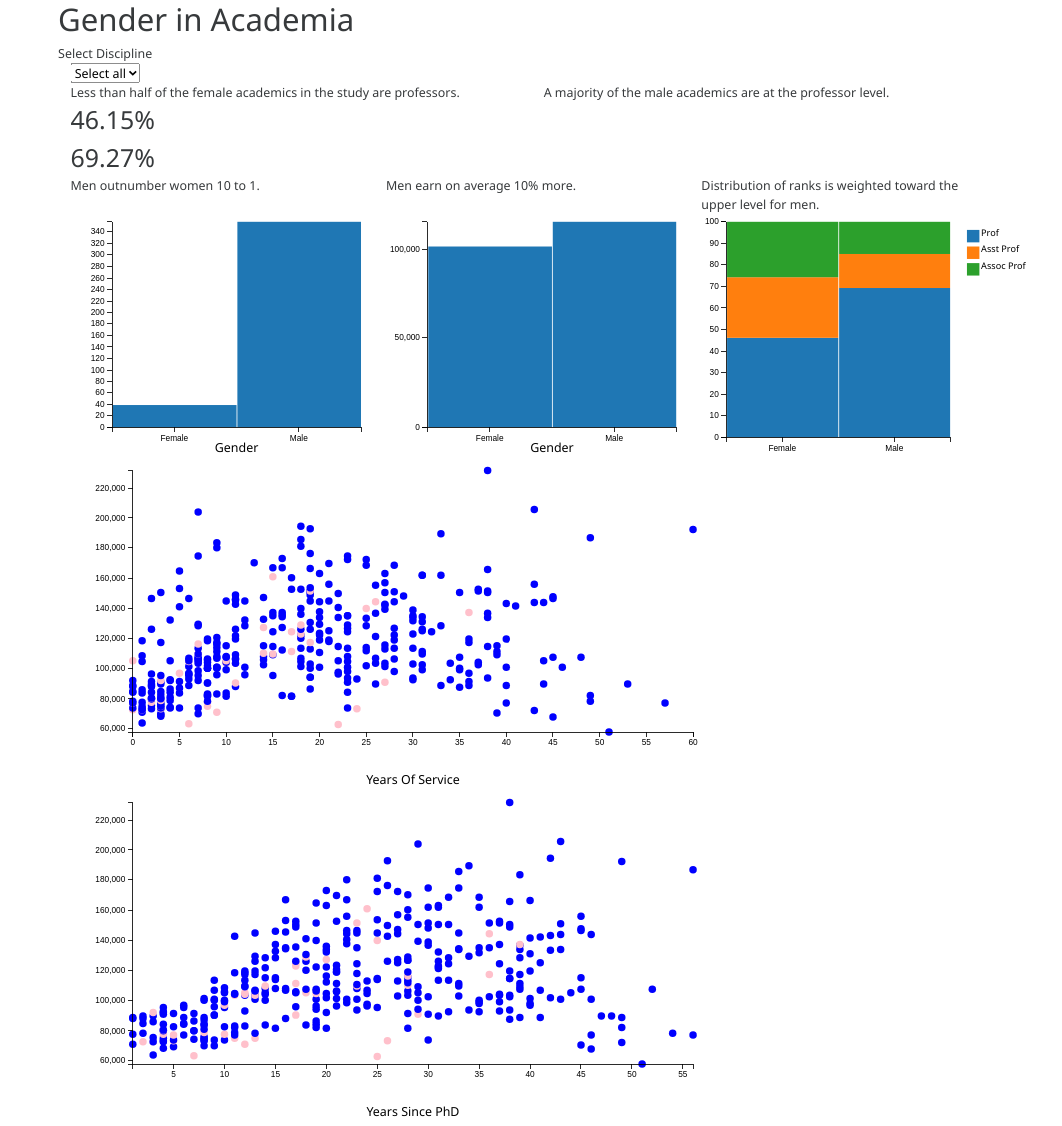
Repository: BrendanMolloy/dashboard
Page: index.html
The author's editor kept a record of every edit. The page is drawn from the files as they stood at one moment, then again after the next edit.
The browser window is 1280 px wide. The pictures show the whole page, at 83% of full size.

Above is the page before.

### index.html
<!DOCTYPE html>
<html lang="en">

<head>
    <meta charset="UTF-8">
    <meta name="viewport" content="width=device-width, initial-scale=1.0">
    <meta http-equiv="X-UA-Compatible" content="ie=edge">
    <title>Gender in Academia</title>

    <link rel="stylesheet" href="static/css/bootstrap.min.css" type="text/css" />
    <link rel="stylesheet" href="static/css/dc.min.css" type="text/css">
    <link rel="stylesheet" href="static/css/style.css" type="text/css">

    <script type="text/javascript" src="static/js/d3.min.js"></script>
    <script type="text/javascript" src="static/js/crossfilter.min.js"></script>
    <script type="text/javascript" src="static/js/dc.min.js"></script>
    <script type="text/javascript" src="static/js/queue.min.js"></script>
    <script type="text/javascript" src="static/js/graph.js"></script>

</head>

<body>

    <div class="container">

        <div class="row">
            <h1>Gender in Academia</h1>
        </div>

        <div class="row">
            <div clas="col-md-offset-5">Select Discipline</div>
        </div>
        <div class="row">
            <div clas="col-md-offset-5" id="discipline-selector"></div>
        </div>


        <div class="row">
        <div class="col-md-6">Less than half of the female academics in the study are professors.</div>
        <div class="col-md-6">A majority of the male academics are at the professor level.</div>
        </div>
        <div class="row">
        <div class="number-box col-md-6" id="percent-of-women-professors"></div>
        <div class="number-box col-md-6" id="percent-of-men-professors"></div>
        </div>

        <div class="row">
        <div class="col-md-4">Men outnumber women 10 to 1.</div>
        <div class="col-md-4">Men earn on average 10% more.</div>
        <div class="col-md-4">Distribution of ranks is weighted toward the upper level for men.</div>
        </div>
        <div class="row">
        <div class="col-md-4" id="gender-balance"></div>
        <div class="col-md-4" id="average-salary"></div>
        <div class="col-md-4" id="rank-distribution"></div>
        </div>

        <div id="service-salary"></div>
        <div id="phd-salary"></div>
    </div>

</body>

</html>

### static/css/style.css
.navbar-default {
	background-image: none;
	margin-bottom: 0;
}

.section-heading, #discipline-selector {
	display: inline-block;
	float: none;
	margin: 0;
}

.section-heading {
	margin-bottom: 50px;
}

#discipline-selector {
	margin-left: 15px;
}

.number-box {
	margin-right: 75px;
}

.number-box, .fa.fa-gender {
    font-size: 30px;
    font-weight: 500;
}

.fa-gender {
	margin-right: 10px;
}

.custom-chart {
	margin-bottom: 40px;
}

.section {
	border-bottom: 1px solid #e6e6e6;
	padding: 30px 0;
}

.section-paragraph {
	line-height: 1.2;
}

### static/js/graph.js
queue()
    .defer(d3.csv, "data/Salaries.csv")
    .await(makeGraphs);

function makeGraphs(error, salaryData) {
    var ndx = crossfilter(salaryData);

    salaryData.forEach(function(d){
        d.salary = parseInt(d.salary);
        d.yrs_service = parseInt(d["yrs.service"]);
        d.yrs_since_phd = parseInt(d["yrs.since.phd"]);
    })

    show_discipline_selector(ndx);

    show_percent_that_are_professors(ndx, "Female", "#percent-of-women-professors");
    show_percent_that_are_professors(ndx, "Male", "#percent-of-men-professors");

    show_gender_balance(ndx);
    show_average_salary(ndx);
    show_rank_distribution(ndx);

    show_service_to_salary_correlation(ndx);
    show_phd_to_salary_correlation(ndx);

    dc.renderAll();
}


function show_discipline_selector(ndx) {
    var dim = ndx.dimension(dc.pluck('discipline'));
    var group = dim.group();

    dc.selectMenu("#discipline-selector")
        .dimension(dim)
        .group(group);
}


function show_percent_that_are_professors(ndx, gender, element) {
    var percentageThatAreProf = ndx.groupAll().reduce(
        function(p, v) {
            if (v.sex === gender) {
                p.count++;
                if(v.rank === "Prof") {
                    p.are_prof++;
                }
            }
            return p;
        },
        function(p, v) {
            if (v.sex === gender) {
                p.count--;
                if(v.rank === "Prof") {
                    p.are_prof--;
                }
            }
            return p;
        },
        function() {
            return {count: 0, are_prof: 0};
        },
    );

    dc.numberDisplay(element)
        .formatNumber(d3.format(".2%"))
        .valueAccessor(function (d) {
            if (d.count == 0) {
                return 0;
            } else {
                return (d.are_prof / d.count);
            }
        })
        .group(percentageThatAreProf)
}


function show_gender_balance(ndx) {
    var dim = ndx.dimension(dc.pluck('sex'));
    var group = dim.group();

    dc.barChart("#gender-balance")
        .width(400)
        .height(300)
        .margins({top: 10, right: 50, bottom: 30, left: 50})
        .dimension(dim)
        .group(group)
        .transitionDuration(500)
        .x(d3.scale.ordinal())
        .xUnits(dc.units.ordinal)
        .xAxisLabel("Gender")
        .yAxis().ticks(20);
}


function show_average_salary(ndx) {
    var dim = ndx.dimension(dc.pluck('sex'));

    function add_item(p, v) {
        p.count++;
        p.total += v.salary;
        p.average = p.total / p.count;
        return p;
    }

    function remove_item(p, v) {
        p.count--;
        if(p.count == 0) {
            p.total = 0;
            p.average = 0;
        } else {
            p.total -= v.salary;
            p.average = p.total / p.count;
        }
        return p;
    }

    function initialise() {
        return {count: 0, total: 0, average: 0};
    }

    var averageSalaryByGender = dim.group().reduce(add_item, remove_item, initialise);

    dc.barChart("#average-salary")
        .width(400)
        .height(300)
        .margins({top: 10, right: 50, bottom: 30, left: 50})
        .dimension(dim)
        .group(averageSalaryByGender)
        .valueAccessor(function(d){
            return d.value.average.toFixed(2);
        })
        .transitionDuration(500)
        .x(d3.scale.ordinal())
        .xUnits(dc.units.ordinal)
        .elasticY(true)
        .xAxisLabel("Gender")
        .yAxis().ticks(4);
}


function show_rank_distribution(ndx) {

    function rankByGender(dimension, rank) {
        return dimension.group().reduce(
            function (p, v) {
                p.total++;
                if(v.rank == rank) {
                    p.match++;
                }
                return p;
            },
            function (p, v) {
                p.total--;
                if(v.rank == rank) {
                    p.match--;
                }
                return p;
            },
            function () {
                return {total: 0, match: 0};
            }
        );
    }

    var dim = ndx.dimension(dc.pluck("sex"));
    var profByGender = rankByGender(dim, "Prof");
    var asstProfByGender = rankByGender(dim, "AsstProf");
    var assocProfByGender = rankByGender(dim, "AssocProf");

    dc.barChart("#rank-distribution")
        .width(400)
        .height(300)
        .dimension(dim)
        .group(profByGender, "Prof")
        .stack(asstProfByGender, "Asst Prof")
        .stack(assocProfByGender, "Assoc Prof")
        .valueAccessor(function(d) {
            if(d.value.total > 0) {
                return (d.value.match / d.value.total) * 100;
            } else {
                return 0;
            }
        })
        .x(d3.scale.ordinal())
        .xUnits(dc.units.ordinal)
        .legend(dc.legend().x(320).y(20).itemHeight(15).gap(5))
        .margins({top: 10, right: 100, bottom: 30, left: 30});
}


function show_service_to_salary_correlation(ndx) {

    var genderColors = d3.scale.ordinal()
        .domain(["Female", "Male"])
        .range(["pink", "blue"]);

    var eDim = ndx.dimension(dc.pluck("yrs_service"));
    var experienceDim = ndx.dimension(function(d) {
       return [d.yrs_service, d.salary, d.rank, d.sex];
    });
    var experienceSalaryGroup = experienceDim.group();

    var minExperience = eDim.bottom(1)[0].yrs_service;
    var maxExperience = eDim.top(1)[0].yrs_service;

    dc.scatterPlot("#service-salary")
        .width(800)
        .height(400)
        .x(d3.scale.linear().domain([minExperience, maxExperience]))
        .brushOn(false)
        .symbolSize(8)
        .clipPadding(10)
        .xAxisLabel("Years Of Service")
        .title(function(d) {
            return d.key[2] + " earned " + d.key[1];
        })
        .colorAccessor(function (d) {
            return d.key[3];
        })
        .colors(genderColors)
        .dimension(experienceDim)
        .group(experienceSalaryGroup)
        .margins({top: 10, right: 50, bottom: 75, left: 75});
}

function show_phd_to_salary_correlation(ndx) {

    var genderColors = d3.scale.ordinal()
        .domain(["Female", "Male"])
        .range(["pink", "blue"]);

    var pDim = ndx.dimension(dc.pluck("yrs_since_phd"));
    var phdDim = ndx.dimension(function(d) {
       return [d.yrs_since_phd, d.salary, d.rank, d.sex];
    });
    var phdSalaryGroup = phdDim.group();

    var minPhd = pDim.bottom(1)[0].yrs_since_phd;
    var maxPhd = pDim.top(1)[0].yrs_since_phd;

    dc.scatterPlot("#phd-salary")
        .width(800)
        .height(400)
        .x(d3.scale.linear().domain([minPhd, maxPhd]))
        .brushOn(false)
        .symbolSize(8)
        .clipPadding(10)
        .xAxisLabel("Years Since PhD")
        .title(function(d) {
            return d.key[2] + " earned " + d.key[1];
        })
        .colorAccessor(function (d) {
            return d.key[3];
        })
        .colors(genderColors)
        .dimension(phdDim)
        .group(phdSalaryGroup)
        .margins({top: 10, right: 50, bottom: 75, left: 75});
}

Loaded but not shown: static/css/bootstrap.min.css (library); static/css/dc.min.css (library); static/js/d3.min.js (library); static/js/crossfilter.min.js (library); static/js/dc.min.js (library); static/js/queue.min.js (common file)

After the next edit:
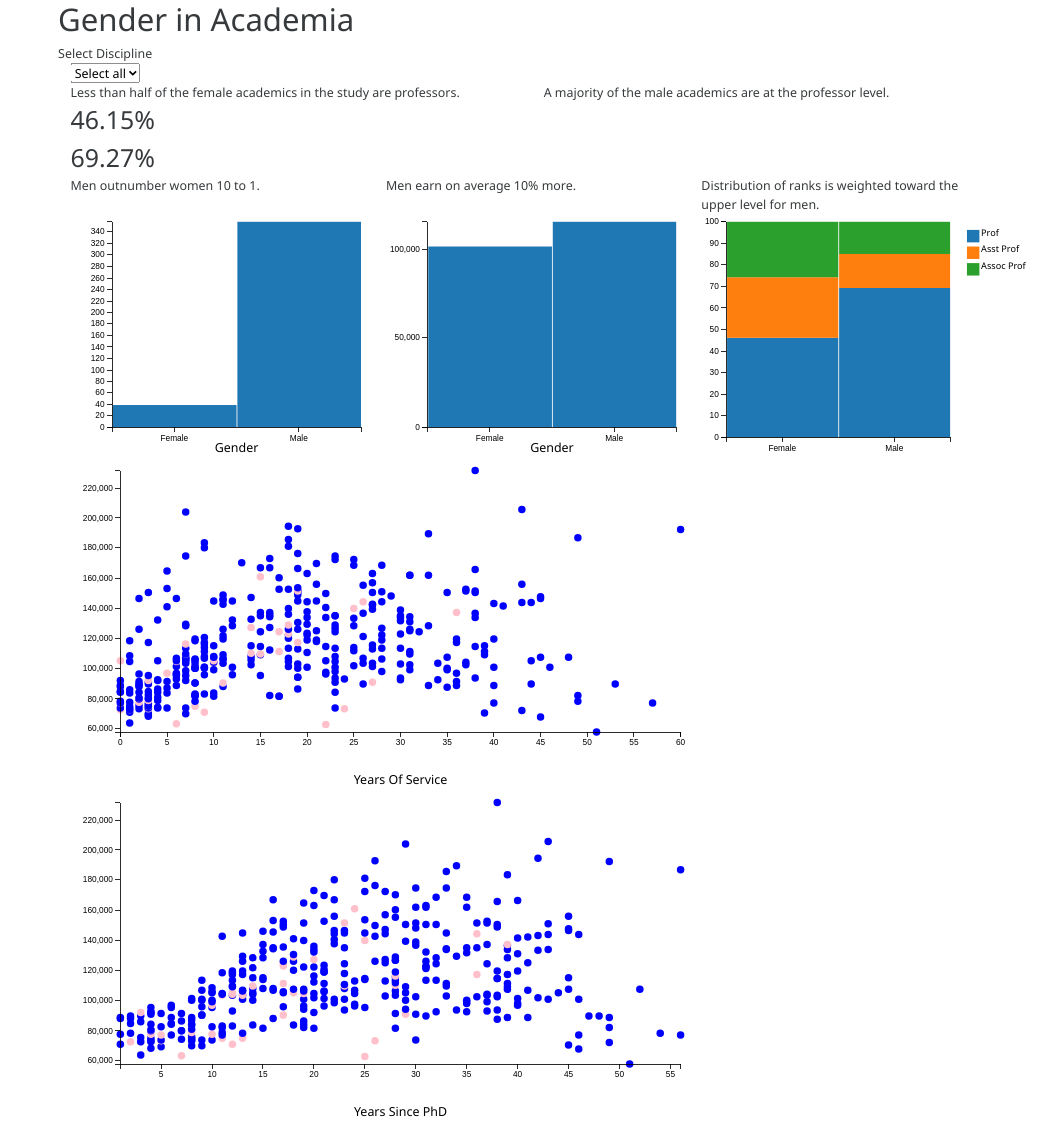
The edit:
--- a/index.html
+++ b/index.html
@@ -55,8 +55,13 @@
         <div class="col-md-4" id="rank-distribution"></div>
         </div>
 
+        <div class="row">
         <div id="service-salary"></div>
+        </div>
+
+        <div class="row">
         <div id="phd-salary"></div>
+        </div>
     </div>
 
 </body>
